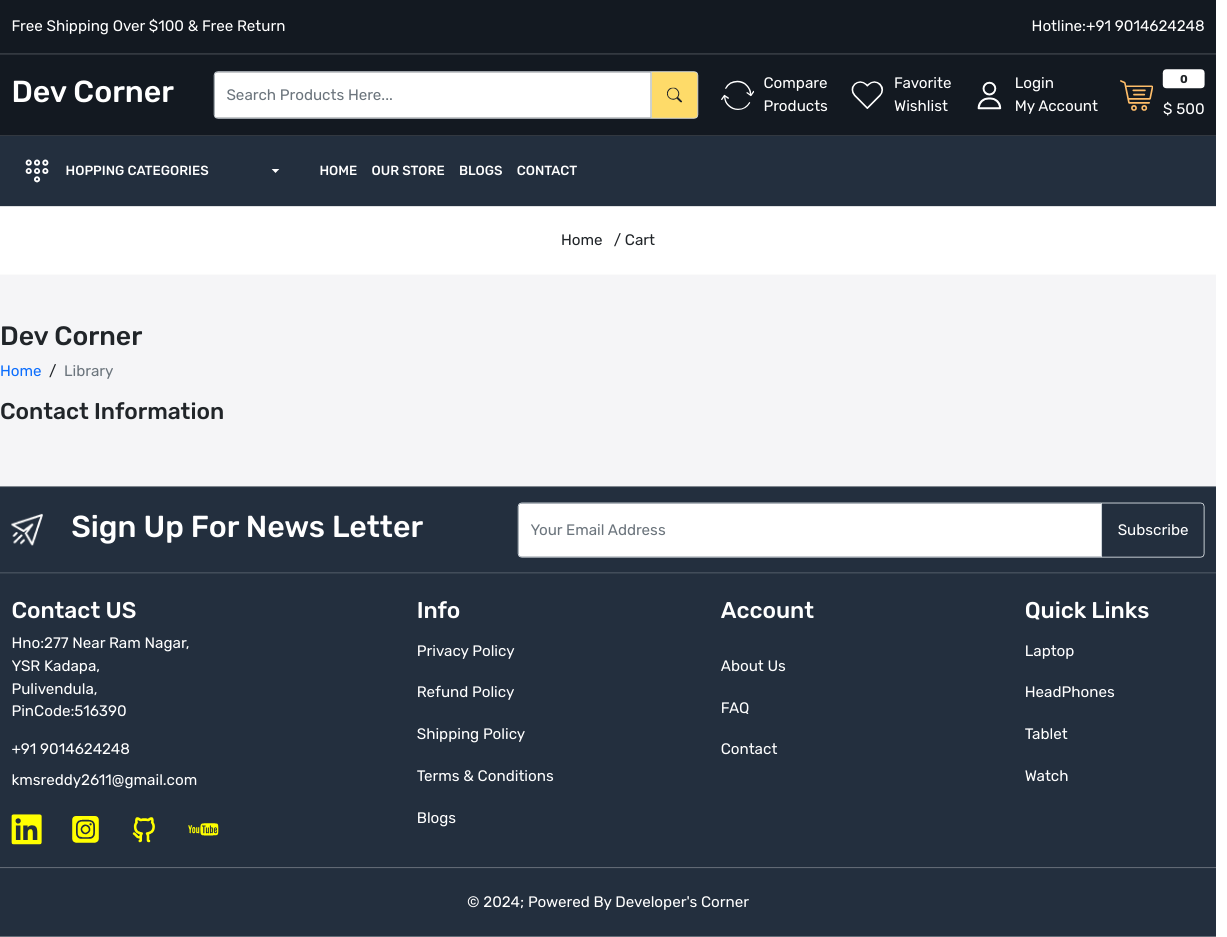
Repository: maniheist/ecommerce-app
Page: /checkout
The author's editor kept a copy of each file at every save. The page is drawn from the files as they stood at one save, then again after the next save.
The browser window is 1280 px wide. The page is 1292 px wide, so the pictures cover 1292 px, including what lies to the right of the window. The pictures show the whole page, at 95% of full size.
The project was rebuilt for these pictures with package versions that can differ from the ones it lists, and the page was loaded fresh each time. Also part of the build but not shown: src/components/BlogCard.js, src/components/ProductCard.js, src/components/SpecialProduct.js, src/pages/Home.js, src/pages/About.js, src/pages/Contact.js, src/components/Color.js, src/pages/OurStore.js and 14 more.

Above is the page before, as saved 2024-02-21 18:52:34.

### public/index.html
<!DOCTYPE html>
<html lang="en">
  <head>
    <meta charset="utf-8" />
    <link rel="icon" href="%PUBLIC_URL%/favicon.ico" />
    <meta name="viewport" content="width=device-width, initial-scale=1" />
    <meta name="theme-color" content="#000000" />
    <meta
      name="description"
      content="Web site created using create-react-app"
    />
    <link rel="apple-touch-icon" href="%PUBLIC_URL%/logo192.png" />

    <link rel="preconnect" href="https://fonts.googleapis.com" />
    <link rel="preconnect" href="https://fonts.gstatic.com" crossorigin />
    <link
      href="https://fonts.googleapis.com/css2?family=Rubik:ital,wght@0,300..900;1,300..900&display=swap"
      rel="stylesheet"
    />
    <link
      href="https://cdn.jsdelivr.net/npm/bootstrap@5.0.2/dist/css/bootstrap.min.css"
      rel="stylesheet"
      integrity="sha384-EVSTQN3/azprG1Anm3QDgpJLIm9Nao0Yz1ztcQTwFspd3yD65VohhpuuCOmLASjC"
      crossorigin="anonymous"
    />
    <link rel="manifest" href="%PUBLIC_URL%/manifest.json" />

    <title>React Redux App</title>
  </head>
  <body>
    <noscript>You need to enable JavaScript to run this app.</noscript>
    <div id="root"></div>
    <script
      src="https://cdn.jsdelivr.net/npm/bootstrap@5.0.2/dist/js/bootstrap.bundle.min.js"
      integrity="sha384-MrcW6ZMFYlzcLA8Nl+NtUVF0sA7MsXsP1UyJoMp4YLEuNSfAP+JcXn/tWtIaxVXM"
      crossorigin="anonymous"
    ></script>
  </body>
</html>

### src/index.js
import React from 'react';
import { createRoot } from 'react-dom/client';

import App from './App';

const container = document.getElementById('root');
const root = createRoot(container);

root.render(

      <App />

);

### src/App.js
import React from 'react';
import './App.css';
import {BrowserRouter,Routes,Route} from "react-router-dom";
import Layout from "./components/Layout";
import Home from "./pages/Home"
import About from "./pages/About"
import Contact from "./pages/Contact"
import OurStore from './pages/OurStore';
import Blog from "./pages/Blog";
import CompareProduct from './pages/CompareProduct';
import Wishlist from './pages/Wishlist';
import Login from './pages/Login';
import Forgotpassword from './pages/Forgotpassword';
import Signup from './pages/Signup';
import Resetpassword from './pages/Resetpassword';
import SingleBlog from './pages/SingleBlog';
import PrivacyPolicy from './pages/PrivacyPolicy';
import RefundPolicy from './pages/RefundPolicy';
import ShippingPolicy from './pages/ShippingPolicy';
import TermAndConditions from './pages/TermAndConditions';
import SingleProduct from './pages/SingleProduct';
import Cart from './pages/Cart';
import Checkout from './pages/Checkout';
function App() {
  return (
    <>
      <BrowserRouter>
        <Routes>
        <Route path="/" element={<Layout />}>
<Route index element={<Home />} />
<Route path="about" element={<About />}/>
<Route path="contact" element={<Contact />}/>
<Route path="product" element={<OurStore />}/>
<Route path="product/:id" element={<SingleProduct />}/>
<Route path="blogs" element={<Blog />}/>
<Route path="blog/:id" element={<SingleBlog />}/>
<Route path="cart" element={<Cart />}/>
<Route path="checkout" element={<Checkout />}/>
<Route path="compare-product" element={<CompareProduct />}/>
<Route path="wishlist" element={<Wishlist />}/>
<Route path="login" element={<Login />}/>
<Route path="forgot-password" element={<Forgotpassword />}/>
<Route path="signup" element={<Signup />}/>
<Route path="reset-password" element={<Resetpassword />}/>
<Route path="privacy-policy" element={<PrivacyPolicy />}/>
<Route path="refund-policy" element={<RefundPolicy />}/>

<Route path="shipping-policy" element={<ShippingPolicy />}/>
<Route path="term-conditions" element={<TermAndConditions />}/>


        </Route>

        </Routes>
      </BrowserRouter>
    </>

  );
}

export default App;

### src/App.css
*{
  margin:0;
  padding:0;
  box-sizing:border-box;
}
:root{
  --color-131921:#131921;
  --color-3b4149:#3b4149;
--color-febd69:#fedb69;
--color-232f3e:#232f3e;
--color-bf4800:#bf4800;
--color-f5f5f7:#f5f5f7;
--color-ededed:#ededed;
--color-777777:#777777;
--color-1c1b1b:#1c1b1b;
--color-f2f2f2:#f2f2f2;
}

.section-heading{
  font-size: 26px;
  line-height: 32px;
  font-weight: 500;
  margin-bottom: 30px;

}
.card-wrapper{
  background-color: white;
  box-shadow: 0 0 10px #0000001a;
  padding: 15px;
}

.button{
  background-color:var(--color-232f3e) ;
  color: white;
  padding: 13px 33px;
  font-size: 14px;
  border-radius: 15px;
}
.button:hover{
  background-color: var(--color-febd69);
  color:#131921
}
body {
  font-family:"Rubik", sans-serif;
}
a {
  text-decoration:none;
  display:inline-block;
}

.form-control:focus{
  box-shadow:none;
  border-color: inherit;
}

/*header part*/
.header-top-strip{
  border-bottom: 1px solid var(--color-3b4149);
  background-color:var(--color-131921) ;
}

.header-upper{
  background-color: var(--color-131921);
}

.header-bottom{
  background-color: var(--color-232f3e);
}

.header-upper .input-group-text{
  background-color: var(--color-febd69);
}

.header-upper.header-upper-links img{
  width:35px;
  height: 35px;
}

.gap-10{
  gap: 10px;
}


.gap-15{
  gap: 15px;
}

.gap-30{
  gap: 30px;
}
.header-bottom .menu-links a,
.header-bottom .dropdown button
{
  color: white;
  font-size: 14px;
  line-height: 18px;
  font-weight: 480;
  letter-spacing:0.3;
  text-transform: uppercase;
}

.header-bottom .dropdown button:focus{
  box-shadow: none;
}

.header-bottom .dropdown-menu{
  background-color: var(--color-131921);
  width:100%;
  transform: translate3d(0px,57px,0px) !important;
}

.header-bottom .dropdown-item{
  padding:20px;
  margin-bottom: 3px;
  border-bottom: 1px solid var(--color-3b4149)
  ;

}
.header-bottom .dropdown-item:hover{
  background-color: transparent;
  color: var(--color-febd69) !important;
}
/*header part end */


/*footer part  */

footer{
  background-color: var(--color-232f3e);
}



footer:not(:first-child){
  border-top:1px solid rgba(255,255,255,0.1);

}

footer .input-group-text{
  background-color: var(--color-232f3e);
  color:white;
  padding:8px 17px;
}
/* footer part end */

/*Home page*/

.main-banner-content{
  top:15%;
  left:5%;
}

.main-banner-content h4{

  font-size: 19px;
  font-weight: 400;
  line-height: 24px;
  color:var(--color-bf4800);
  margin: 0 0 12px;
  letter-spacing: 0.3px;
  text-transform: uppercase;

}

.main-banner-content h5{
  font-size: 52px;
  font-weight: 500;
  line-height: 64px;
  letter-spacing: -2px;
  text-transform: none;

}

.main-banner-content p{
  font-size: 18px;
  line-height: 28px;
  letter-spacing: 0.4px;
  font-weight: 100;
  color: var(--color-131921);
}


.small-banner-content{
  top:25%;
  left:10%;
}

.small-banner-content h4{

  font-size: 21px;
  font-weight: 400;
  line-height: 24px;
  color:var(--color-bf4800);
  margin: 0 0 12px;
  letter-spacing: 0.3px;
  text-transform: uppercase;
}
.small-banner-content h5{
  font-size: 33px;
  font-weight: 500;
  line-height: 34px;
  letter-spacing: -2px;
  text-transform: none;

}

.small-banner-content p{
  font-size: 18px;
  line-height: 28px;
  letter-spacing: 0.4px;
  font-weight: 100;
  color: var(--color-131921);
}

.small-banner{
  width: 49%;

}


/* Home wrapper 2 */

.home-wrapper-2{
  background-color: var(--color-f5f5f7);

}

/* Home wrapper 2 ends */

/* categories section */

.categories{
  background-color: white;
  box-shadow: 0 0 10px #0000001a;
  padding: 15px;
}

.categories > div{
  width:25%;
  padding: 10px 10px 10px 20px;
}

.categories > div:nth-child(1),
.categories > div:nth-child(2),
.categories > div:nth-child(3),
.categories > div:nth-child(4){
  border-bottom: 1px solid var(--color-ededed) ;
}

.categories>div>div{
  width:60%
}

.categories > div:nth-child(1),
.categories > div:nth-child(2),
.categories > div:nth-child(3){
  border-right: 1px solid var(--color-ededed) ;
}

.categories > div:nth-child(5),
.categories > div:nth-child(6),
.categories > div:nth-child(7){
  border-right: 1px solid var(--color-ededed) ;
}
/* categories end */

/* Home Page End */


/* Blogcard */

.blog-card{
  background-color: white;
  padding:20px;
  border-radius:10px;
}

.blog-card img{
  border-top-left-radius:10px;
  border-top-right-radius:10px;
}

.blog-content{
  padding: 15px;

}

.blog-contentp.date{
  font-size: 13px;
  line-height: 24px;
  text-transform: uppercase;
  letter-spacing: 0;
  font-weight: 400;
  color: var(--color-777777);
  padding: 0;

}

.blog-content h5{
  font-size: 18px;
  color: var(--color-131921);
}


.blog-content p.desc{
  font-size: 13px;
  line-height: 22px;
  color: var(--color-777777);
}

.single-blog-card a{
  font-size: 18px;
  color: var(--color-777777);;
  margin-bottom: 20px;
}
.single-blog-card h3{
  font-size: 24px;
  font-weight: 600;
  color: var(--color-1c1b1b);

}

.single-blog-card p{
  color: var(--color-777777);
  font-size: 14px;
}




/*Blogcard ends*/


/* product card */

.product-card{
  padding: 15px;
  background-color: white;
  border-radius: 13px;
overflow:hidden;
width: 100%;
}

.product-card .product-image{
  height: 270px;
}

.product-card .product-image img{
  object-fit: contain;
}
.product-card .product-image> img:last-child{
  display: none;
}
.product-card:hover .product-image > img:nth-child(1){
display: none;

}
.product-card:hover .product-image>img:last-child{
  display: block;


}



.product-card:hover .action-bar{
  right: 15px;

}
.product-card .product-details h6 {
  color:var(--color-bf4800);
  font-size: 13px;



}


.product-card .product-details h5{
  font-size: 15px;
  color: var(--color-1c1b1b);
}

.product-card.product-details p.price{
  font-size: 16px;
  color: var(--color-1c1b1b);
}

.product-card p.description{
  font-size: 13px;
  color: var(--color-777777);
  margin-right: 20px;
}

.action-bar{
  top: 10%;
  right:-23px;
  transition: 0.3s;
}


.wishlist-icon{
  top: 2%;
  right:15px;

}
/* product card ends */

/* special product */

.special-product-card{
  padding:20px 10px;
  border-radius: 10px;
  background-color: white;
}

.special-product-card .badge{
  background-color:#eb353b !important;
}


/* special product ends */

/* famous start */

.famous-card .famous-content{
  top: 10%;
  left: 5%;

}

.famous-card img{
  border-radius: 10px;
}

.famous-content h5{
  font-size: 13px;
  line-height: 20px;
  font-weight: 400px;
  color: white;
  margin-bottom: 7px;
  text-transform: uppercase;

}
.famous-content h6{
  font-size: 24px;
  line-height: 38px;
  font-weight: 500;
  color: white;
}
.famous-content p{
  font-size: 16px;
  line-height: 24px;
  color: white;
  font-weight: 100;
}

/* famous ends */

/* Our Store Start */

.filter-card{
  background-color: white;
  border-radius: 10px;
  padding: 15px 15px 25px;
}

.filter-title{
  font-size: 16px;
  line-height: 20px;
  font-weight: 600;
  color: var(--color-1c1b1b);
  margin-bottom: 20px;
}

.filter-card ul,
.filter-card .form-check-label {
  list-style-type:none;
  font-size: 13px;
  line-height: 30px;
  color: var(--color-777777);
  cursor: pointer;
}

.filter-card .form-check-input:focus{
  box-shadow: none;
  border-color: rgba(0,0,0,0.25);
}
.filter-card .form-check-input:checked{
background-color: var(--color-febd69);
  border-color: var(--color-febd69);

}
.sub-title{
  font-size: 40px;
  font-weight: 600;
  color: var(--color-1c1b1b);
  margin-bottom: 15px;
  margin-top: 20px;
}

.colors{
  list-style-type: none;
  display: flex;
  flex-wrap: wrap;
  gap: 10px;
}
.colors .one{
  width: 20px;
  height: 20px;
  background-color: red;
  border-radius: 50%;
}
.colors .two{
  width: 20px;
  height: 20px;
  background-color: blue;
  border-radius: 50%;
}
.colors  .three{
  width: 20px;
  height: 20px;
  background-color: yellow;
  border-radius: 50%;
}
.colors  .four{
  width: 20px;
  height: 20px;
  background-color: pink;
  border-radius: 50%;
}
.colors  .five{
  width: 20px;
  height: 20px;
  background-color: black;
  border-radius: 50%;
}
.colors  .six{
  width: 20px;
  height: 20px;
  background-color: brown;
  border-radius: 50%;
}

.colors  .seven{
  width: 20px;
  height: 20px;
  background-color:chocolate;
  border-radius: 50%;
}

.random-products h5{
font-size: 14px;
margin-bottom: 8px;
}

.random-products:first-child{
  border-bottom: 1px solid var(--color-ededed);
}

.filter-sort-grid{
  padding: 10px;
  background-color: white;
  border-radius: 10px;
}

.grid img{
  width: 35px;
  height: 35px;
  background-color: var(--color-f2f2f2);
  padding: 8px;
  border-radius: 3px;
  cursor: pointer;
}
.grid img:hover{
  background-color:burlywood;
}

.g-12{
  width: 100%;

}
.gr-6{
  width: 49%;
}
.gr-4{
  width: 32%;
}
.gr-3{
  width: 24%;

}

.gr-12 .product-card{
  display: flex;
  gap:20px;
}
.gr-6 .product-image{
  width: 100%;
}
.gr-6 .product-image img{
  margin: auto;
  display: block;
}
.gr-12 .product-card .product-image{
  width: 270px;
}

.gr-12 .product-card .product-image{
  height: auto;
}
.gr-12 .action-bar{top: 17%;}


/* Our store ends */


/* contact us starts*/

.contact-inner-wrapper{
  padding:30px 20px;
  border-radius: 15px;
  background-color: white;
  gap:15px;
}
.contact-inner-wrapper>div{
  width: 48%;
}

.contact-title{
  font-size: 26px;
  font-weight: 500;
  line-height: 35px;
  text-align: left;

}

.contact-inner-wrapper form .form-control{
  background-color: var(--color-f5f5f7);
  border-radius: 10px;
  border-color: transparent;
  padding: 10px;
}

.contact-inner-wrapper ul{
  list-style: none;
}

.contact-inner-wrapper address,.contact-inner-wrapper a,.contact-inner-wrapper p{
  color: var(--color-777777);
}

/* contact us ends */

/* compare products */

.compare-product-card {
  padding: 20px 15px;
  background-color: white;
  border-radius: 10px;

}

.compare-product-card .cross ,.wishlist-card .cross{
  top: 15px;
  right: 15px;
  width: 25px;
  padding: 3px;
cursor: pointer;
}

.compare-product-details h5.title, .wishlist-card h5.title{
  font-size: 15px;
  line-height: 22px;
  font-weight: 500;
  color: var(--color-1c1b1b);
}

.compare-product-details h6.price, .wishlist-card h6.price{
font-size: 15px;
line-height: 22px;
font-weight: 400;
}

.compare-product-card .product-detail{
  display: flex;
  justify-content: space-between;
  align-items: center;
  padding: 10px 0px;
  border-top: 1px solid rgba(0,0,0,0.1);
}




/* compare products ends */


/* login starts */

.auth-card{
  padding: 20px;
  background-color: white;
  width: 500px;
  margin: 30px auto;
  border-radius: 10px;
}

.auth-card p{
  font-size: 13px;
  color: var(--color-777777);
}
.auth-card h3{
  font-size: 19px;
  font-weight: 500;

color: var(--color-777777);
}

.auth-card .form-control{
  height: 50px;
  background-color: var(--color-f5f5f7);
  color: var(--color-777777);
  border-radius: 10px;
  border-color: transparent;
  font-size: 14px;
}

.auth-card a{
  font-size: 14px;
  font-weight: 400;
  color: var(--color-1c1b1b);
}

.signup{
  background-color: var(--color-febd69);
  color: var(--color-131921);
  border: none;
}

.signup:hover {
  background-color: var(--color-131921);
  color:white;
}

/*login ends */


/* Policy starts */

.policy{
  background-color: white;
  padding: 30px;
}





/* policy Ends */


/* main product page starts*/

.description-wrapper h4, .reviews-wrapper h3{
font-size: 26px;
color: var(--color-1c1b1b);
margin-bottom: 10px;
}

.description-wrapper p{
  font-size: 14px;
  counter-reset: var(--color-777777);;
}
.review-inner-wrapper{
  background-color: white;
  padding: 30px;}
.review-head{
border-bottom: 1px solid rgba(0,0,0,0.1);
padding-bottom: 20px;
}

.review-head p, .review-head a{
  font-size: 14px;
  color: var(--color-777777);
}

.review-head h4{
  font-size: 18px;
  color: var(--color-1c1b1b);

}

.review-form h4{
  font-size: 16px;
  color: var(--color-777777);
}

.review-form{
    border-bottom: 1px solid rgba(0,0,0,0.1);

}
.review:not(:last-child){
  border-bottom: 1px solid rgba(0,0,0,0.1);
}
.review p{
  font-size: 14px;
  color: var(--color-777777);
}

.main-product-image{
  padding:20px;
  background-color: white;
  border-radius: 10px;
}

.main-product-image>div{
  border: 1px solid rgba(0,0,0,0.25);
}

.main-product-image img {
  width: 61% !important;
  height: 500px !important;
  object-fit: cover;
}

.other-product-images{
  background-color: white;
  padding: 20px;

}
.other-product-images>div{
  padding: 20px;
  width: 48%;
border: 1px solid rgba(0,0,0,0.25);
}

.main-product-image .js-image-zoom__zoomed-image{
  left: 40px !important;
  padding: 10px;
  background-color: white;
  border-radius: 10px;
  z-index:1000;
}

.main-product-details{
  padding: 30px 20px;
  border-radius: 10px;
  background-color: white;
}

.border-bottom{
  border-bottom: 1px solid rgba(0,0,0,0.25);
}

.main-product-details h3.title{
  font-size: 18px;
  font-weight: 600;
  color: var(--color-1c1b1b);
  margin-bottom: 10px;
}

.main-product-details p.price{
  font-size: 16px;
  line-height: 20px;
  font-size: 600;
  margin-bottom: 10px;
}

.main-product-details a.review-btn,.t-review{
  color: var(--color-777777);
  font-size: 13px;
}

.product-heading{
font-size: 14px;
color:var(--color-1c1b1b);
margin-bottom: 0px;
}
.product-data{
  font-size: 13px;
  columns: var(--color-777777);
  margin-bottom: 0px;
}
.main-product-details a{
  font-size: 14px;
  color: var(--color-777777);
}

/* main product page ends */


/* cart page starts */
.cart-header,.cart-data{
  border-bottom: 1px solid #eaeaea;
}
.cart-header h4 {
font-size: 13px;
color: var(--color-777777);

}

.cart-col-1{
  width: 40%;
}

.cart-col-1 p{
  color: var(--color-777777);
  font-size: 14px;
}
.cart-col-2{
  width:10%;
}

.cart-col-3{
  width: 15%;
}

.cart-col-4{
  width: 15%;
}

.cart-data h5.price{
  font-size: 14px;
  color: var(--color-1c1b1b);
}


/* cart page ends */

### src/components/Layout.js
import React from 'react'
import {Outlet} from "react-router-dom";
import Header from "./Header";
import Footer from "./Footer";
const Layout = () => {
  return (
    <>
            <Header />
            <Outlet />
            <Footer />

    </>
  )
}

export default Layout

### src/pages/Checkout.js
import React from 'react'
import BreadCrumb from '../components/BreadCrumb';
import {Link} from 'react-router-dom';
import Meta from '../components/Meta';
const Checkout = () => {
  return (
  <>

     <Meta title={"Cart"}></Meta>
    <BreadCrumb title='Cart'/>

    <div className='checkout-wrapper py-5 home-wrapper-2'>
        <div className='row'>
            <div className='col-7'>
                <div className='checkout-left-data'>
                    <h3 className='website-name'>Dev Corner</h3>
                    <nav style={{"--bs-breadcrumb-divider": '>'}} aria-label="breadcrumb">
  <ol className="breadcrumb">
    <li className="breadcrumb-item"><a href="#">Home</a></li> &nbsp; /
    <li className="breadcrumb-item active" aria-current="page">Library</li>
  </ol>
</nav>
<h4 className='title'>
    Contact Information
</h4>
<p className='user-details'></p>
                </div>
            </div>
            <div className='col-5'></div>
            <div></div>
        </div>
    </div>
  </>
  );
}

export default Checkout

### src/components/BreadCrumb.js
import React from 'react'
import {Link} from 'react-router-dom';
const BreadCrumb = (props) => {
    const {title}=props;
  return (
    <div className='breadcrumb mb-0 py-4'>
      <div className='container-xxl'>
        <div className='row'>
            <div className='col-12'>
                <p className='text-center mb-0'><Link to='/' className='text-dark'>Home &nbsp; </Link> / {title}</p>
            </div>
        </div>
      </div>
    </div>
  )
}

export default BreadCrumb

### src/components/Meta.js

import React from 'react'
import {Helmet} from "react-helmet";

const Meta = (props) => {
  return (
    <Helmet>
                <meta charSet="utf-8" />
                <title>{props.title}</title>
            </Helmet>
  )
}

export default Meta

Loaded but not shown: src/components/Footer.js (105 lines, source omitted); src/components/Header.js (106 lines, source omitted)

After the next save:
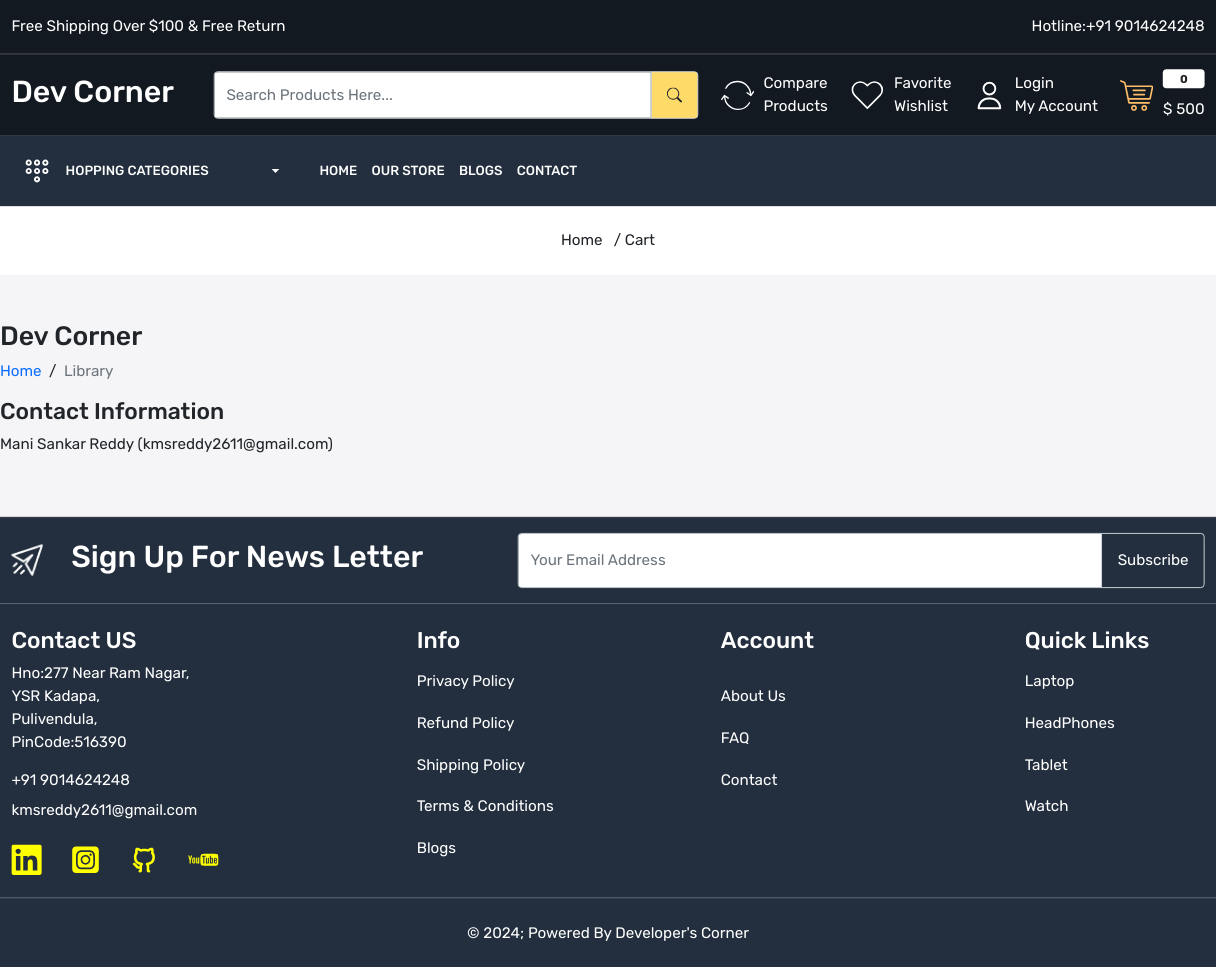
Saved 55 s later.
--- a/src/pages/Checkout.js
+++ b/src/pages/Checkout.js
@@ -23,7 +23,9 @@ const Checkout = () => {
 <h4 className='title'>
     Contact Information
 </h4>
-<p className='user-details'></p>
+<p className='user-details'>
+    Mani Sankar Reddy (kmsreddy2611@gmail.com)
+</p>
                 </div>
             </div>
             <div className='col-5'></div>
